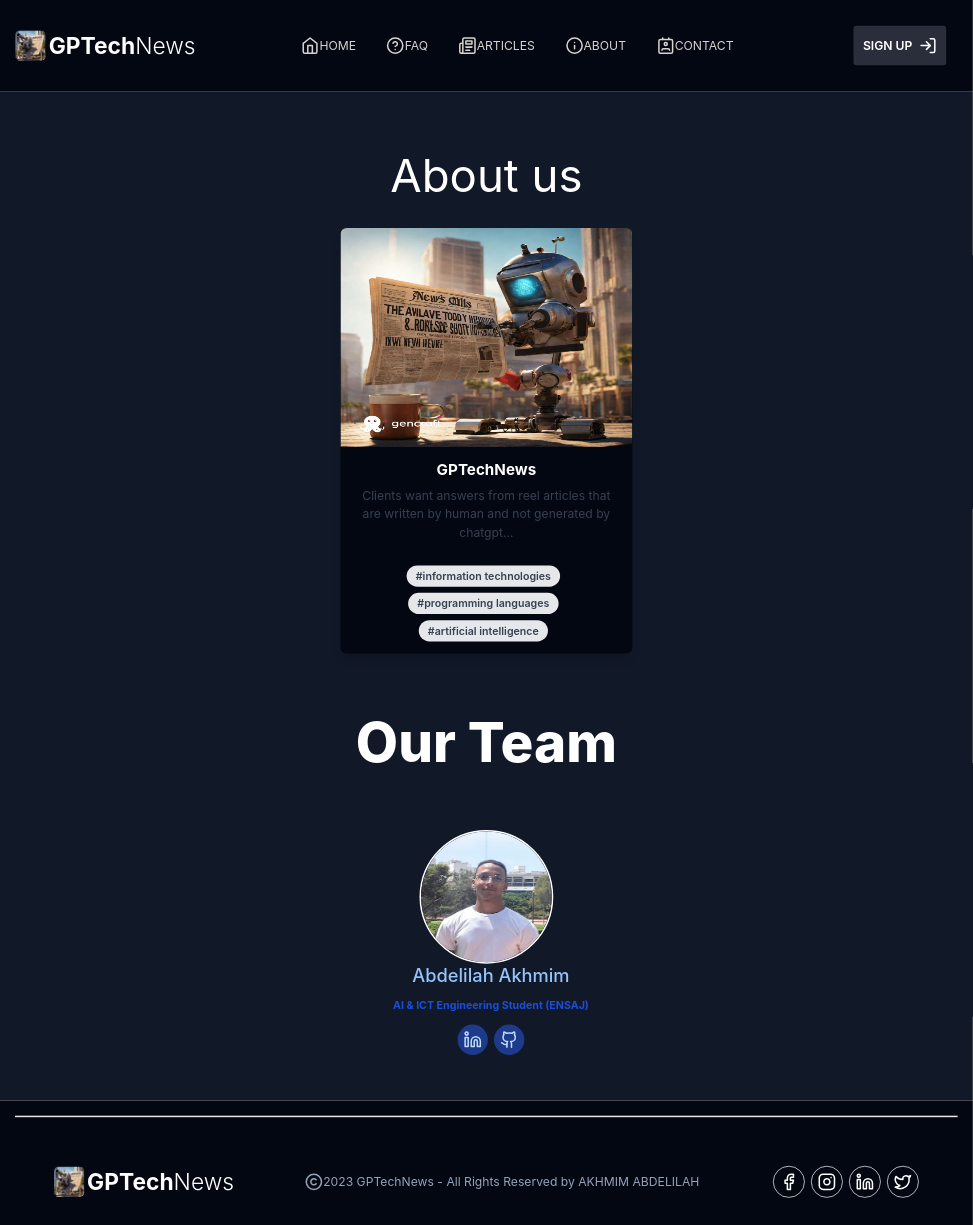
Repository: Lablab-me-Hackathon/gptech-news-frontend
Page: /about
These files come from the project's save history. The page is drawn as it stood at one moment and after the next save; the edit follows.
The browser window is 1280 px wide. The pictures show the whole page, at 76% of full size.
The project was rebuilt for these pictures with package versions that can differ from the ones it lists, and the page was loaded fresh each time. Also part of the build but not shown: vite.config.js, src/services/home/Explore.jsx, src/services/home/Welcome.jsx, src/routes/Home.jsx, src/routes/FAQ.jsx, src/services/articles/Feed.jsx, src/services/articles/Article.jsx, src/components/Main.jsx and 4 more.

Above is the page before, as saved 2023-08-08 01:57:10.

After the next save:
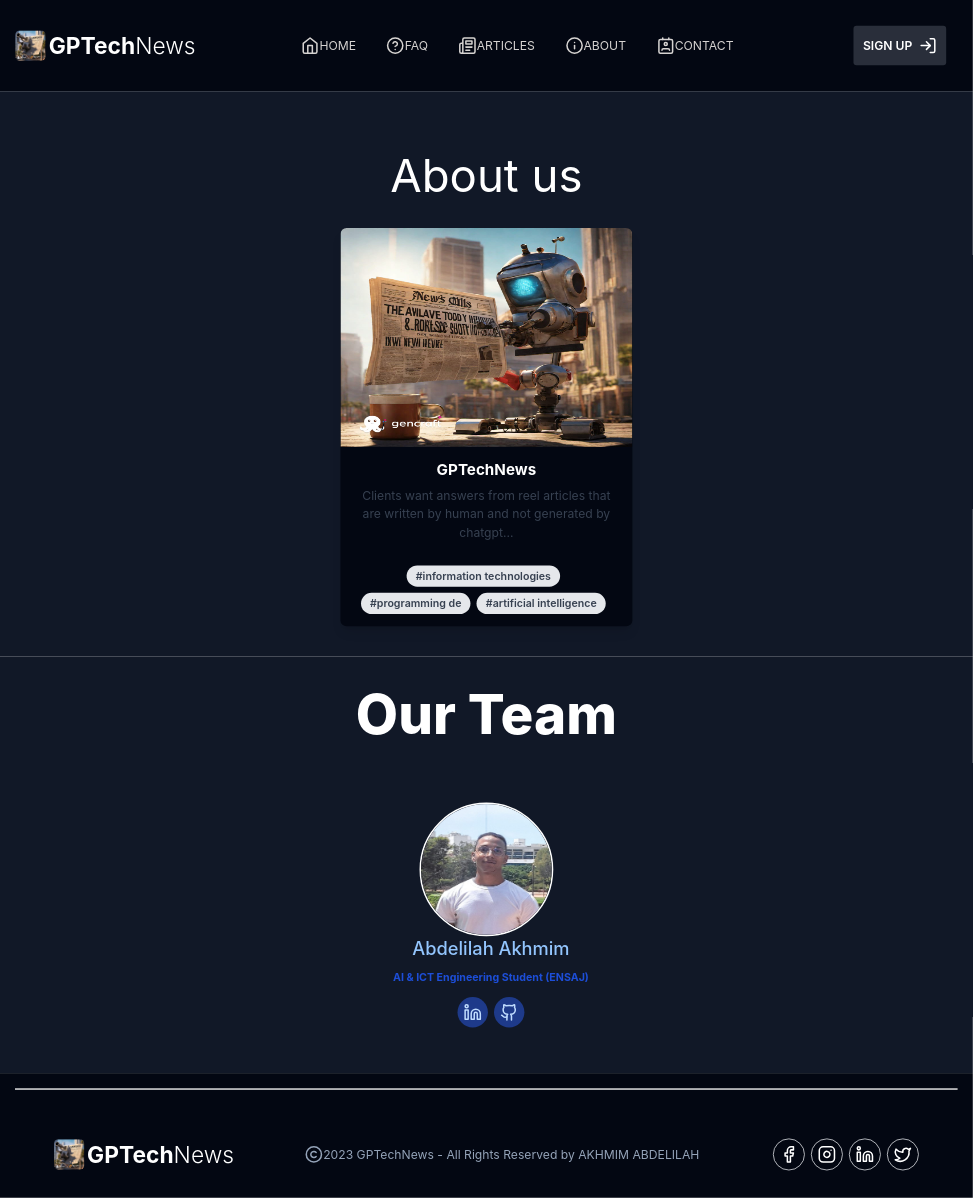
Saved 16 s later.
--- a/src/services/about/Card.jsx
+++ b/src/services/about/Card.jsx
@@ -18,7 +18,7 @@
             #information technologies
           </span>
           <span className="inline-block bg-gray-200 rounded-full px-3 py-1 text-sm font-semibold text-gray-700 mr-2 mb-2">
-            #programming languages
+            #programming de
           </span>
           <span className="inline-block bg-gray-200 rounded-full px-3 py-1 text-sm font-semibold text-gray-700 mr-2 mb-2">
             #artificial intelligence

After the 2 saves that followed:
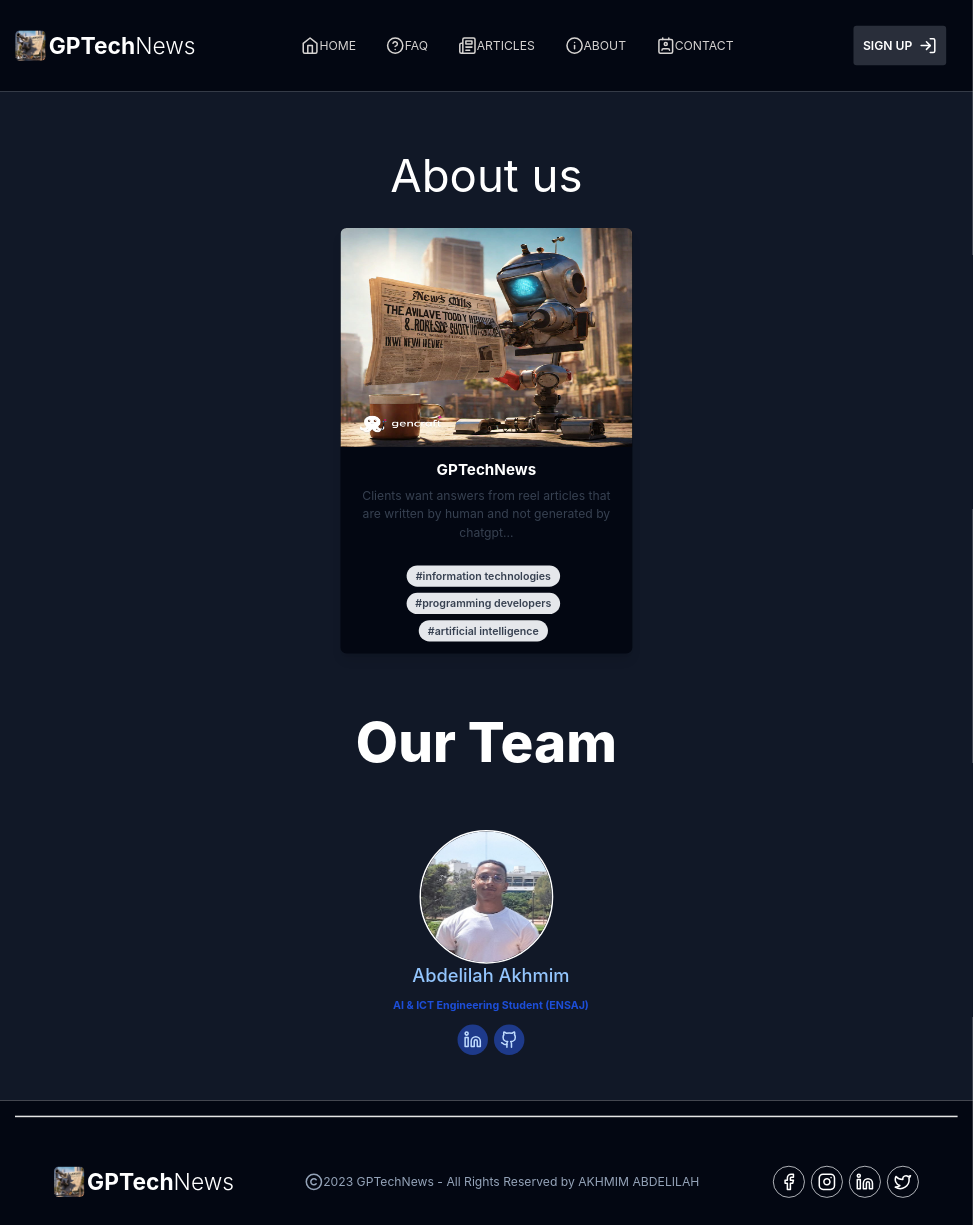
The 2 saves are shown as one change because they came seconds apart.
The last was saved 7 s later.
--- a/src/services/about/Card.jsx
+++ b/src/services/about/Card.jsx
@@ -18,7 +18,7 @@
             #information technologies
           </span>
           <span className="inline-block bg-gray-200 rounded-full px-3 py-1 text-sm font-semibold text-gray-700 mr-2 mb-2">
-            #programming de
+            #programming developers
           </span>
           <span className="inline-block bg-gray-200 rounded-full px-3 py-1 text-sm font-semibold text-gray-700 mr-2 mb-2">
             #artificial intelligence
